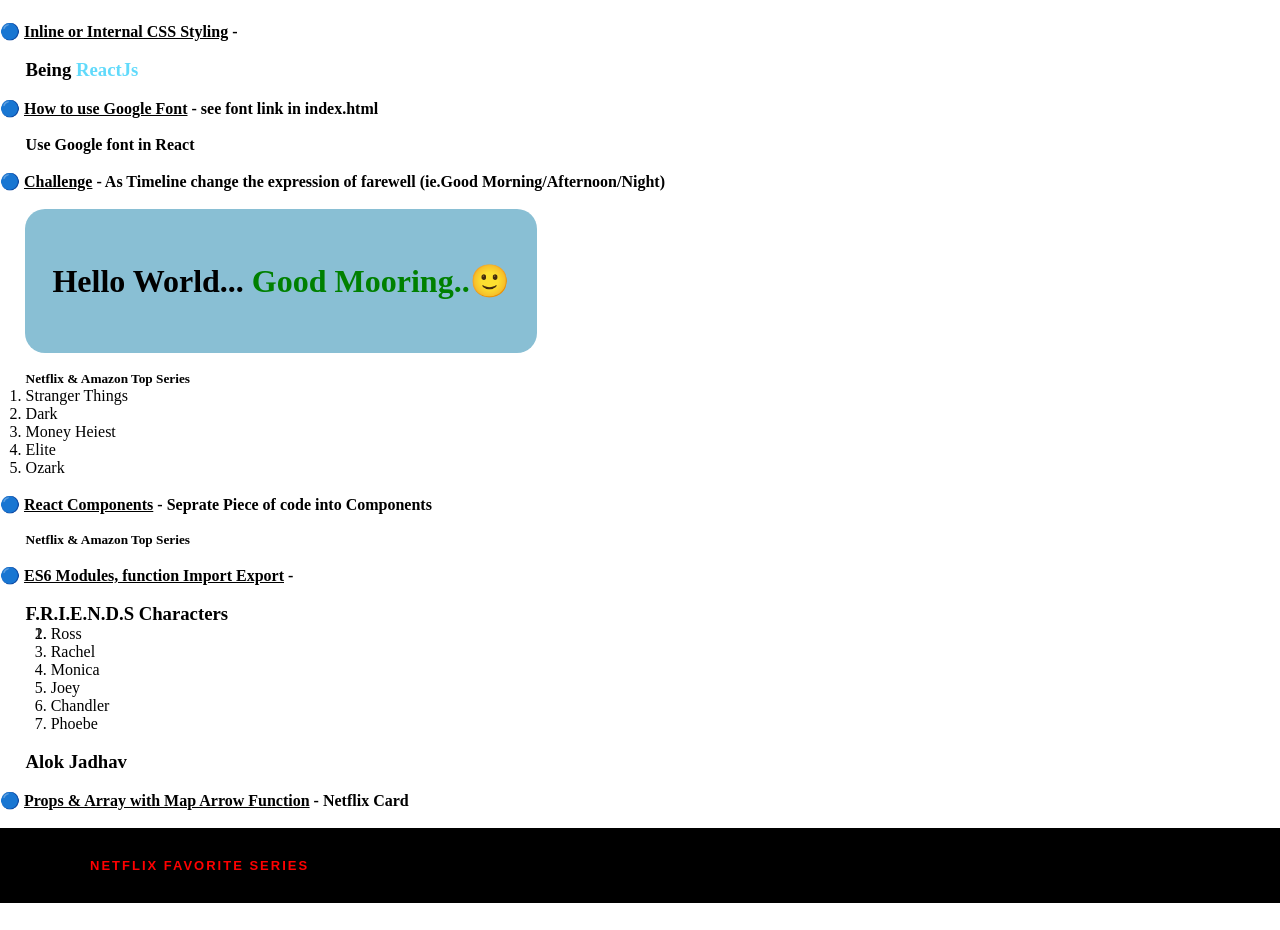
Repository: AalokJadhav/Being_ReactJS
Page: /
These files come from the project's save history. The page is drawn as it stood at one moment and after the next save; the edit follows.
The browser window is 1280 px wide. The pictures show the part of the page from y = 728 to 1658 px (the page is 3187 px tall before and 3203 px after).
Pictures or frames that could not be fetched are drawn as grey boxes. Some web fonts or font styles are not loaded; a fallback is used. The project was rebuilt for these pictures with package versions that can differ from the ones it lists, and the page was loaded fresh each time.

Above is the page before, as saved 2021-10-19 16:19:35.

### public/index.html
<!DOCTYPE html>
<html lang="en">

<head>
  <meta charset="utf-8" />
  <link rel="icon" href="%PUBLIC_URL%/favicon.ico" />
  <meta name="viewport" content="width=device-width, initial-scale=1" />
  <meta name="theme-color" content="#000000" />
  <meta name="description" content="Web site created using create-react-app" />
  <link rel="apple-touch-icon" href="%PUBLIC_URL%/logo192.png" />
  <!--
      manifest.json provides metadata used when your web app is installed on a
      user's mobile device or desktop. See https://developers.google.com/web/fundamentals/web-app-manifest/
    -->
  <link rel="manifest" href="%PUBLIC_URL%/manifest.json" />
  <link rel="preconnect" href="https://fonts.googleapis.com">
  <link rel="preconnect" href="https://fonts.gstatic.com" crossorigin>
  <link rel="preconnect" href="https://fonts.googleapis.com">
  <link rel="preconnect" href="https://fonts.gstatic.com" crossorigin>
  <link href="https://fonts.googleapis.com/css2?family=Festive&display=swap" rel="stylesheet">
    <!--
      Notice the use of %PUBLIC_URL% in the tags above.
      It will be replaced with the URL of the `public` folder during the build.
      Only files inside the `public` folder can be referenced from the HTML.

      Unlike "/favicon.ico" or "favicon.ico", "%PUBLIC_URL%/favicon.ico" will
      work correctly both with client-side routing and a non-root public URL.
      Learn how to configure a non-root public URL by running `npm run build`.
    -->
  <title>Being React</title>
</head>

<body>
  <noscript>You need to enable JavaScript to run this app.</noscript>
  <div id="root"></div>
  <!--
      This HTML file is a template.
      If you open it directly in the browser, you will see an empty page.

      You can add webfonts, meta tags, or analytics to this file.
      The build step will place the bundled scripts into the <body> tag.

      To begin the development, run `npm start` or `yarn start`.
      To create a production bundle, use `npm run build` or `yarn build`.
    -->
</body>

</html>

### src/index.js
// var React = require ('react');
// var ReactDom = require ('react-dom');

import React from 'react';
import ReactDom from 'react-dom';
import './index.css';
import App from './App';


ReactDom.render(<App />, document.getElementById('root'));

### src/index.css

*{margin: 0; padding: 0; box-sizing: border-box;};


.h3 {
  padding-left: 0%;
}
/* Style the header with a grey background and some padding */
.header {
  overflow: hidden;
  background-color: black;
  padding: 20px 10px;
}

/* Style the header links */
.header a {
  float: left;
  color: #fff;
  text-align: center;
  padding: 12px;
  text-decoration: none;
  font-size: 18px;
  line-height: 25px;
  border-radius: 4px;
}

/* Style the logo link (notice that we set the same value of line-height and font-size to prevent the header to increase when the font gets bigger */
.header a.logo {
  font-size: 25px;
  font-weight: bold;
  font-family: cursive;
  color: #61dafb;
}

/* Style the active/current link*/
.active {
  line-height: 50px;
}

/* Float the link section to the right */
.header-right {
  float: right;
}

.heart {
	font-size: 25px;
	color: #e00;
	animation: beat .25s infinite alternate;
	transform-origin: center;
}

/* Heart beat animation */
@keyframes beat{
	to { transform: scale(1.4); }
}

.googlefont {
  font-family: 'Festive', cursive;
}
/* Add media queries for responsiveness - when the screen is 500px wide or less, stack the links on top of each other */
@media screen and (max-width: 500px) {
  .header a {
    float: none;
    display: block;
    text-align: left;
  }
  .header-right {
    float: none;
  }
}

.img_div img{
  width: 33%;
  height: 5%;
  margin: auto;
  padding-left: 2%;
}

.content {
  padding-left: 2%;
}

.challenge1 {
  background-color: rgb(137, 191, 212);
  width: 40%;
  height: 20vh;
  display: flex;
  justify-content: center;
  align-items: center;
  margin-top: -0px;
  margin-left: 25px;
  border-radius: 20px;
}

.heading_styleN  {
  padding: 30px 0;
  padding-left: 90px;
  text-align: left;
  font-family: "Raleway", sans-serif;
  text-transform: uppercase;
  font-size: 13px;
  letter-spacing: 2px;
  font-weight: 5000;
  color: red;
  background-color: black;
  font-size: 1.rem;
  margin-bottom: -50px;
}

.netflixlogo {
  height: 29px;
  float: right;
  padding-right: 90px;

}
.heading_styleA  {
  padding: 30px 0;
  padding-left: 90px;
  text-align: left;
  font-family: "Raleway", sans-serif;
  text-transform: uppercase;
  font-size: 13px;
  letter-spacing: 2px;
  font-weight: 5000;
  color: white;
  background-color: #0f79af;
  font-size: 1.rem;
  margin-bottom: -50px;
}

.primelogo {
  height: 29px;
  float: right;
  padding-right: 90px;
}

.cards {
  width: 100%;
  height: auto;
}

.card {
  margin: 6%;
  transition: all 0.4s cubic-bezier(0.175, 0.885, 0, 1);
  width: 21.25%;
  border-radius: 12px;
  background-color: red;
  box-shadow: 0px 13px 10px -7px rgb(0, 0, 0, 0.1);
  float: left;
}

.card:hover {
  box-shadow: 0px 30px 18px  -8px  rgb(0, 0, 0, 0.1);
  transform: scale(1.05, 1.05);
  background-color: green;

}
.card__img {
  width: 100%;
  height: 300px;
  border-top-left-radius: 12px;
  border-top-right-radius: 12px;

}

.card__info {
  background-color: #fff;
  border-bottom-left-radius: 12px;
  border-bottom-left-radius: 12px;
  background-color: #fff;
}

.card__category {
  font-family: "Raleway", sans-serif;
  text-transform: uppercase;
  font-size: 13px;
  letter-spacing: 2px;
  font-weight: 500;
  color: #868686;
  background-color: #fff;


}

.card__title {
  margin-top: 5px;
  margin-bottom: 10px;
  text-transform: capitalize;
  font-family: "Raleway", sans-serif;
  background-color: #fff;

}

button {
  padding: 5px 8px;
  font-family: "Raleway", sans-serif;
  text-transform: uppercase;
  font-size: 13px;
  letter-spacing: 2px;
  font-weight: 1000;
  color: red;
  background-color: #fff;
  outline: none;
  border: 1px solid black;
  cursor: pointer;
}

### src/App.js
import React from "react";
import './index.css';

import Navbar from './Header'
import List from "./List";
import CurrentDate from "./CurrentDate";
import RandomImages from "./RandomImages";
import InlineCss from "./InlineCss";
import SimpleGreeting from './SimpleGreeting';
import GoogleFont from "./GoogleFont";
import RComponents from "./RComponents";
import NetflixCard from "./NetflixCard";
import IfElse from "./IfElse";


function App() {

  return (
    <>
      <Navbar /><br /><br /><br /><br />
      <h4>Hello  World From ReactJS...✋</h4><br />
      <CurrentDate />
      <RandomImages />
      <InlineCss /> <br />
      <GoogleFont />
      <SimpleGreeting />
      <List />
      <RComponents />
      <NetflixCard />
      <IfElse />
    </>
  );
}



export default App;


//In Pure JavaScript
var h3 = document.createElement('h3');
h3.innerHTML = 'Hello  World From Pure JavaScript...❤❤❤';
document.getElementById('root').appendChild(h3);

### src/Header.jsx
import React from "react";




function Navbar() {

  return (
    <>
    <div className="header">
        <a href="#default" className="logo"><span style={{ color: 'white'}}>Being</span> &nbsp;
        <img src="data:[embedded picture, 514 characters]" alt="" height="20"  />
           &nbsp; React</a>
      <div className="header-right">
        <h5 className="active" style={{ color: 'white'}}>Made with <span className="heart">&#x2665;</span> by Alok Jadhav</h5>
        </div>
      </div>
    </>
  );
}
export default Navbar;

### src/List.jsx
import React from "react";
import './index.css';
import Title from "./Title";

function List() {
  return (
    <>
      <Title />
      <div className="content">

        <ol>
          <li>Stranger Things</li>
          <li>Dark</li>
          <li>Money Heiest</li>
          <li>Elite</li>
          <li>Ozark</li>
        </ol>
      </div>
      <br />
    </>
  );
}

export default List;

### src/CurrentDate.jsx
import React from "react";


const fullDate = new Date();
const date = fullDate.toLocaleDateString();
const time = fullDate.toLocaleTimeString();


function CurrentDate() {
    return (
        <>
        <h4>🔵 <u>Display Current date and time in JSX</u> -</h4><br />
        <div className="content">
          <p>Current Date is {`${date}`} </p>
          <p>Current Time is {`${time} `} </p>
        </div>
        <br />
        </>
    );
  }

export default CurrentDate;

### src/RandomImages.jsx
import React from "react";
import './index.css';

const RandomImgUrl = 'https://picsum.photos/2000';
const RandomImgUrl1 = 'https://picsum.photos/900';
const RandomImgUrl2 = 'https://picsum.photos/800';

function RandomImages() {
  return (
    <>
    <h4>🔵 <u>JSX Attributes for random image</u> -</h4><br />
  <div className="img_div">
    <img src={RandomImgUrl} alt='random image1' />
    <img src={RandomImgUrl1} alt='random image2' />
    <img src={RandomImgUrl2} alt='random image3' />
  </div>
  <br />
  </>
  );
}

export default RandomImages;

### src/InlineCss.jsx
function InlineCss() {
    return (
        <>
            <h4 >🔵 <u>Inline or Internal CSS Styling</u> -</h4><br/>
            <div className="content">
            <h3>Being <span style={{ color: '#61dafb', fontFamily: 'serif' }}>ReactJs</span> </h3>
            </div>
        </>
    )
}

export default InlineCss;

### src/SimpleGreeting.jsx
const CurrDate = new Date(2021, 14, 10, 9);
const hour = CurrDate.getHours();
let greeting = '';

const cssStyle = {}

if (hour >= 1 && hour < 12) {
    greeting = 'Good Mooring..🙂';
    cssStyle.color = 'green';
} else if (hour >= 12 && hour < 19) {
    greeting = 'Good Afternoon..🙄';
    cssStyle.color = 'orange';
} else {
    greeting = 'Good Night..😴';
}

function SimpleGreeting() {
    return (
        <>
            <h4>🔵 <u>Challenge</u> - As Timeline change the expression of farewell (ie.Good Morning/Afternoon/Night)</h4><br />
            <div className="challenge1">
                <h1>Hello World...<span style={cssStyle}> {greeting}</span></h1>
            </div>
            <br />
        </>
    )
}

export default SimpleGreeting;

### src/GoogleFont.jsx
import React from "react";
import './index.css';


function GoogleFont() {
  return (
    <>
    <h4>🔵 <u>How to use Google Font</u> -  see font link in index.html </h4><br/>
  <div className="content">
    <h4 className="googlefont">Use Google font in React </h4>
  </div>
  <br />
  </>
  );
}

export default GoogleFont;

### src/RComponents.jsx
import React from 'react';
import Title from './Title';
import AllCharacter from './AllCharacter';

function RComponents() {
    return (
        <>
            <h4>🔵 <u>React Components</u> - Seprate Piece of code into Components</h4><br />
            <Title />
            <br />
            <AllCharacter />
            <br />
        </>
    )
}

export default RComponents;

### src/NetflixCard.jsx
import React from "react";
import Card from "./Card";
import Sdata from "./Sdata";

function NetflixCard() {

    return (
        <>
            <h4>🔵 <u>Props & Array with Map Arrow Function</u> - Netflix Card</h4><br />
            <h1 className="heading_styleN" >Netflix Favorite  Series</h1>
            {Sdata.map((val, index) => {
                console.log(index);
                return (
                    <Card
                        key={val.id}
                        imgsrc={val.imgsrc}
                        title={val.title}
                        sname={val.sname}
                        link={val.link} />
                )
            })
            }
        </>
    )
}

export default NetflixCard;

### src/IfElse.jsx
import React from "react";
import Card from "./Card";
import Sdata from "./Sdata";


const FavSeries = 'netflix';

function IfElse() {
    if (FavSeries === !'netflix') {
        return (
            <>
            <h4>🔵 <u>If Else Statement</u> - Cards Show with Condition</h4><br />
            <h1 className="heading_styleA" >Amazon Originals <img className="primelogo" src='https://upload.wikimedia.org/wikipedia/commons/thumb/1/11/Amazon_Prime_Video_logo.svg/800px-Amazon_Prime_Video_logo.svg.png'></img> </h1>
            <Card
                key={Sdata[1].id}
                imgsrc={Sdata[1].imgsrc}
                title={Sdata[1].title}
                sname={Sdata[1].sname}
                link={Sdata[1].link} />
        </>
        )
          } else {
              return  (
            <>
            <br />
            <h4>🔵 <u>If Else Statement</u> - Cards Show with Condition</h4><br />
            <h1 className="heading_styleN" >A Netflix Originals <img className="primelogo" src='https://upload.wikimedia.org/wikipedia/commons/thumb/0/08/Netflix_2015_logo.svg/799px-Netflix_2015_logo.svg.png'></img> </h1>
                <Card
                    key={Sdata[2].id}
                    imgsrc={Sdata[2].imgsrc}
                    title={Sdata[2].title}
                    sname={Sdata[2].sname}
                    link={Sdata[2].link} />
                    </>
              )


}
}

export default IfElse;

### src/Title.jsx
import React from "react";


function Title() {
    return (
        <div className="content">
            <h5>Netflix & Amazon Top Series</h5>
        </div>

    )
}



export default Title;

### src/AllCharacter.jsx
// import { FullName } from './FullName';



const Characters = ['Ross', 'Rachel', 'Monica', 'Joey', 'Chandler', 'Phoebe'];
const AllCharacters = [];

let name = 'Alok Jadhav';
const Myname = name

Characters.forEach(function (data) {
  AllCharacters.push(<li>{data}</li>);
});

function AllCharacter() {
  return (
    <>
      <h4>🔵 <u>ES6 Modules, function Import Export</u> - </h4><br />
      <div className="content">
        <h3>F.R.I.E.N.D.S Characters</h3>
        <ol className="content">
          <li>{AllCharacters}</li>
        </ol>
        <br />
        <h3>{Myname}</h3>
      </div>
    </>
  )
}

export default AllCharacter;

### src/Card.jsx
import React from "react";
import Images from "./CardImages";
import NcardHeading from "./NcardHeading";

function Card(props) {
    return (
      <>
        <div className="cards">
          <div className="card">
            <Images  imgsrc={props.imgsrc}/>
            <div className="card__info">
              <span className="card__category">{props.title}</span>
              <NcardHeading sname={props.Sname} />
              <a href={props.link} target="_blank" rel="noreferrer">
                <button>Watch Now</button>
              </a>
            </div>
          </div>
        </div>
      </>
    )
  }

  export default Card;

### src/Sdata.jsx
const Sdata = [
  {
    id: 1,
    imgsrc:
      "http://cdn.shopify.com/s/files/1/0151/0741/products/pg1004_1024x1024.jpg?v :1578633269",
    title: "A Netflix Series",
    sname: "F.R.I.E.N.D.S",
    link: "https://www.netflix.com/in/title/70153404",
  },
  {
    id: 2,
    imgsrc: "https://talenthouse-res.cloudinary.com/image/upload/c_limit,fl_progressive,h_1280,w_1280/v1542188034/user-849291/submissions/mfa0no5fxv0d2t40jgpt.jpg",
    title: "The Amazon Original",
    sname: "Mirzapur",
    link: "https://www.primevideo.com/detail/Mirzapur/0PDOKMV9CRLOMO5EUKNCUJLG4Q",
  },
  {
    id: 3,
    imgsrc: "https://wallpapercave.com/wp/wp4056407.jpg",
    title: "A Netflix Series",
    sname: "Dark",
    link: "https://www.netflix.com/in/title/80100172",
  },
  {
    id: 4,
    imgsrc: "https://i1.wp.com/urbanasian.com/wp-content/uploads/2021/01/C5171E29-D5A4-4E14-99B2-CA462FC48FA2.png?fit=525%2C453&ssl=1",
    title: "The Amazon Original",
    sname: "The Family Man",
    link: "https://www.primevideo.com/detail/The-Family-Man/0H3DDB4KBJFNDCKKLHNRLRLVKQ",
  },
  {
    id: 5,
    imgsrc: "https://wallpapercave.com/wp/wp1839578.jpg",
    title: "A Netflix Series",
    sname: "Stranger Things",
    link: "https://www.netflix.com/in/title/80057281",
  },
  {
    id: 6,
    imgsrc: "https://www.91-cdn.com/hub/wp-content/uploads/2021/07/Paatal-Lok-highest-rated-Hindi-web-series-to-watch-on-Amazon-Prime-Video.jpg?tr=q-100",
    title: "The Amazon Original",
    sname: "Paatal Lok",
    link: "https://www.primevideo.com/detail/Paatal-Lok/0G9IEOHCN8KMY6COD9ILGH7IY5",
  },
];

export default Sdata;

### src/CardImages.jsx
import React from "react";

const Images = (props) => {
    return <img src={props.imgsrc} alt="friends" className="card__img"  />

};

export default Images;

### src/NcardHeading.jsx
import React from "react";

const NcardHeading = (props) => {
  return  <h3 className="card__title">{props.Sname}</h3>
}

export default NcardHeading;

After the next save:
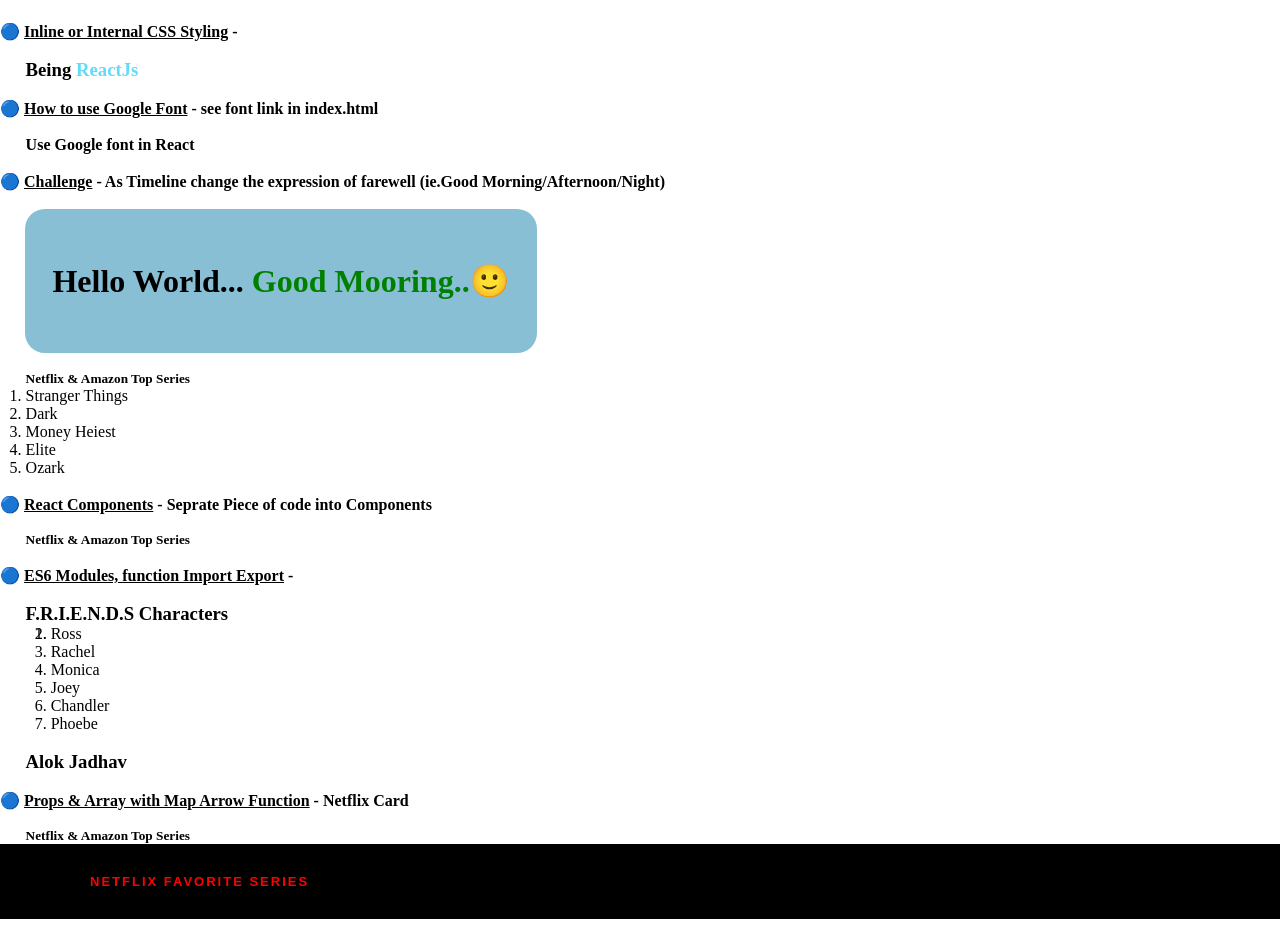
Saved 3 min 13 s later.
--- a/src/NetflixCard.jsx
+++ b/src/NetflixCard.jsx
@@ -1,12 +1,14 @@
 import React from "react";
 import Card from "./Card";
 import Sdata from "./Sdata";
+import Title from "./Title";
 
 function NetflixCard() {
 
     return (
         <>
             <h4>🔵 <u>Props & Array with Map Arrow Function</u> - Netflix Card</h4><br />
+            <Title />
             <h1 className="heading_styleN" >Netflix Favorite  Series</h1>
             {Sdata.map((val, index) => {
                 console.log(index);
